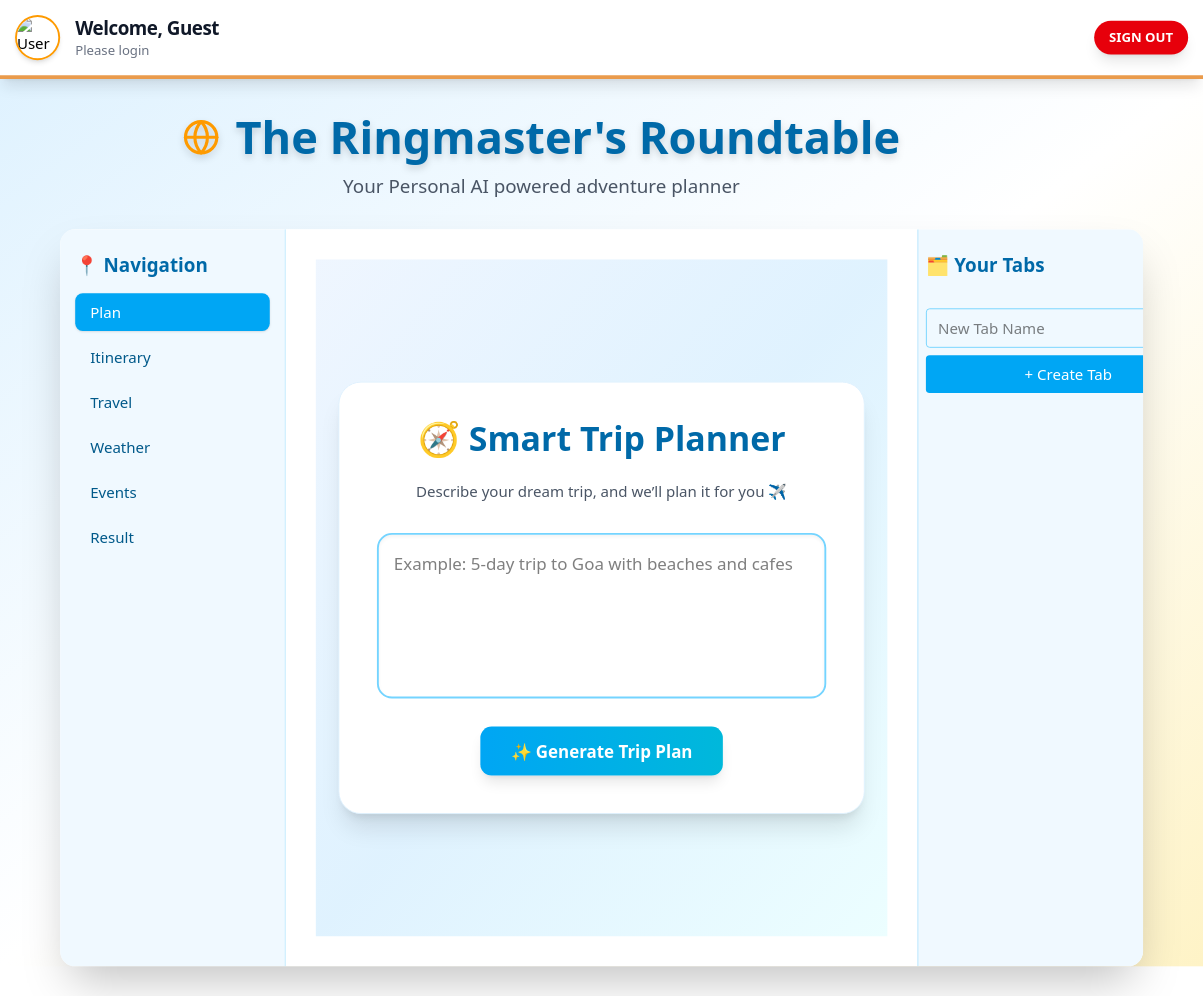
Repository: vega2006/The-Ringmaster-s-Roundtable
Page: /prompt (app in client/)
An editor plug-in stored every save of this project. The page is shown before and after the next save, followed by the edit.
The browser window is 1280 px wide. The pictures show the whole page, at 94% of full size.
The page's requests for data from a server got no answer. The project was rebuilt for these pictures with package versions that can differ from the ones it lists, and the page was loaded fresh each time. No one was signed in, and anything a server would have sent is missing. Also part of the build but not shown: client/vite.config.js, client/src/components/GoogleLogin.jsx, client/src/components/NotFound.jsx, client/src/components/Sidebar.jsx, client/src/components/PlanInput.jsx, client/src/components/WeatherContent.jsx, client/src/components/TravelContent.jsx, client/src/components/ItineraryContent.jsx and 8 more.

Above is the page before, as saved 2025-10-09 17:23:19.

After the next save:
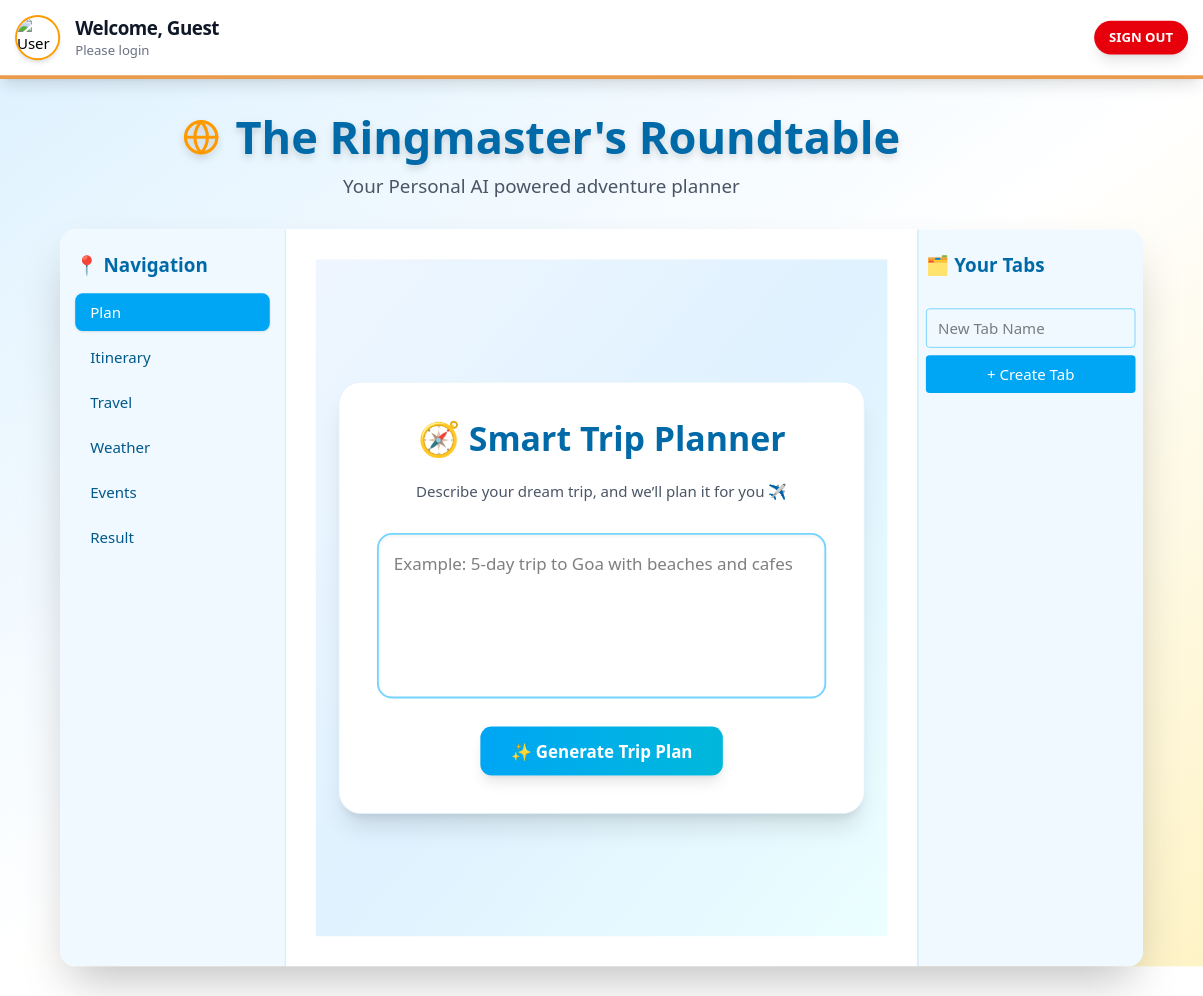
Saved 18 s later.
--- a/client/src/components/TabBar.jsx
+++ b/client/src/components/TabBar.jsx
@@ -55,7 +55,7 @@ export default function RightSidebar({ userId }) {
   };
 
   return (
-    <aside className="bg-sky-50 border-l border-sky-200 py-6 px-2 w-80 flex-shrink-0 flex flex-col">
+    <aside className="bg-sky-50 border-l border-sky-200 py-6 px-2 w-60 flex-shrink-0 flex flex-col">
       <h2 className="text-xl font-semibold mb-4 text-sky-700">🗂 Your Tabs</h2>
 
       <div className="flex flex-col space-y-2 mb-4 overflow-y-auto">
